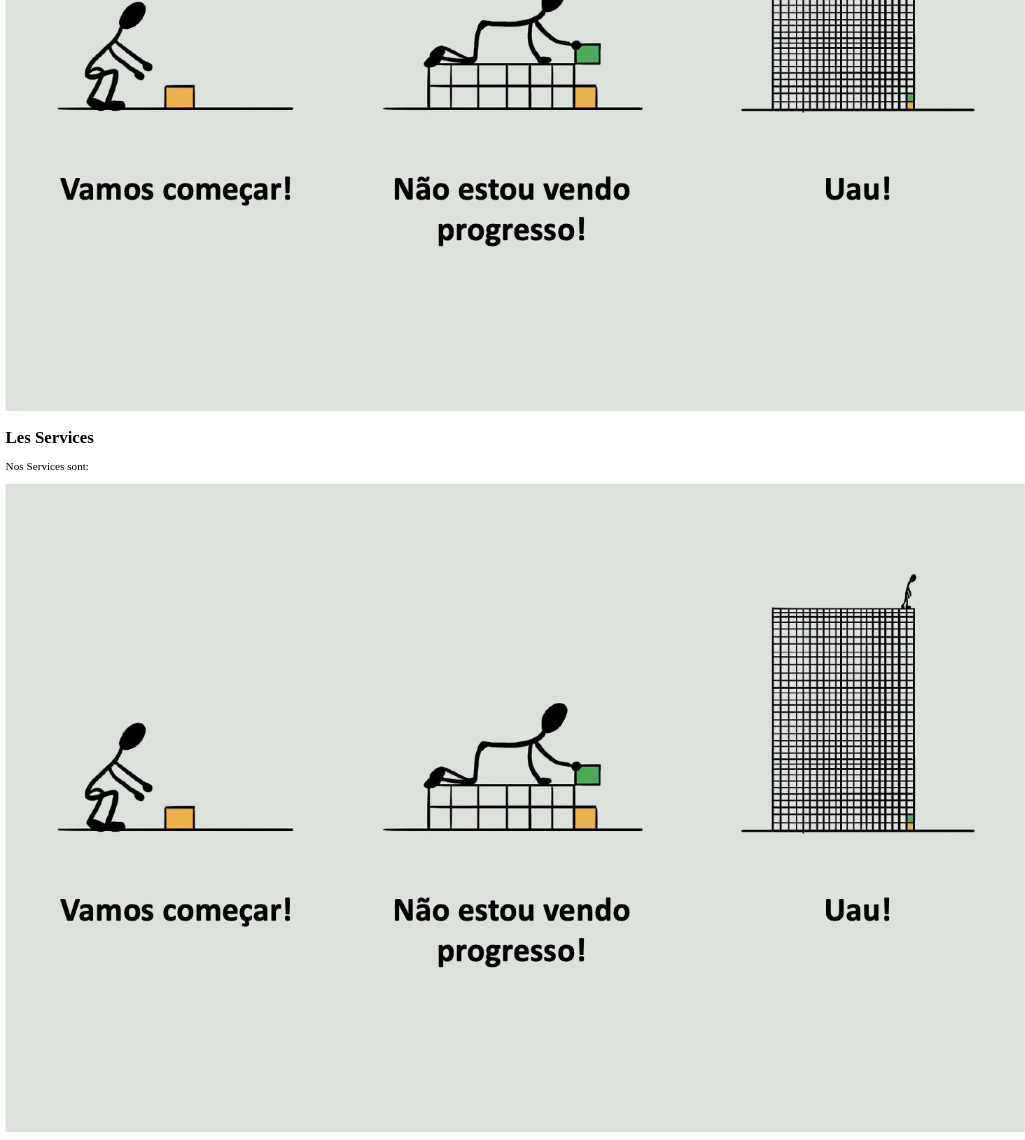
Repository: MarcioFreitasUFSC21/Proejct00
Page: ExampleSite/Assets/index2.html
These files come from the project's save history. The page is drawn as it stood at one moment and after the next save; the edit follows.
The browser window is 1280 px wide. The page is 1464 px wide, so the pictures cover 1464 px, including what lies to the right of the window. The pictures show the part of the page from y = 633 to 2313 px (the page is 2262 px tall before and 2313 px after), at 70% of full size.

Above is the page before, as saved 2023-03-18 17:40:35.

After the next save:
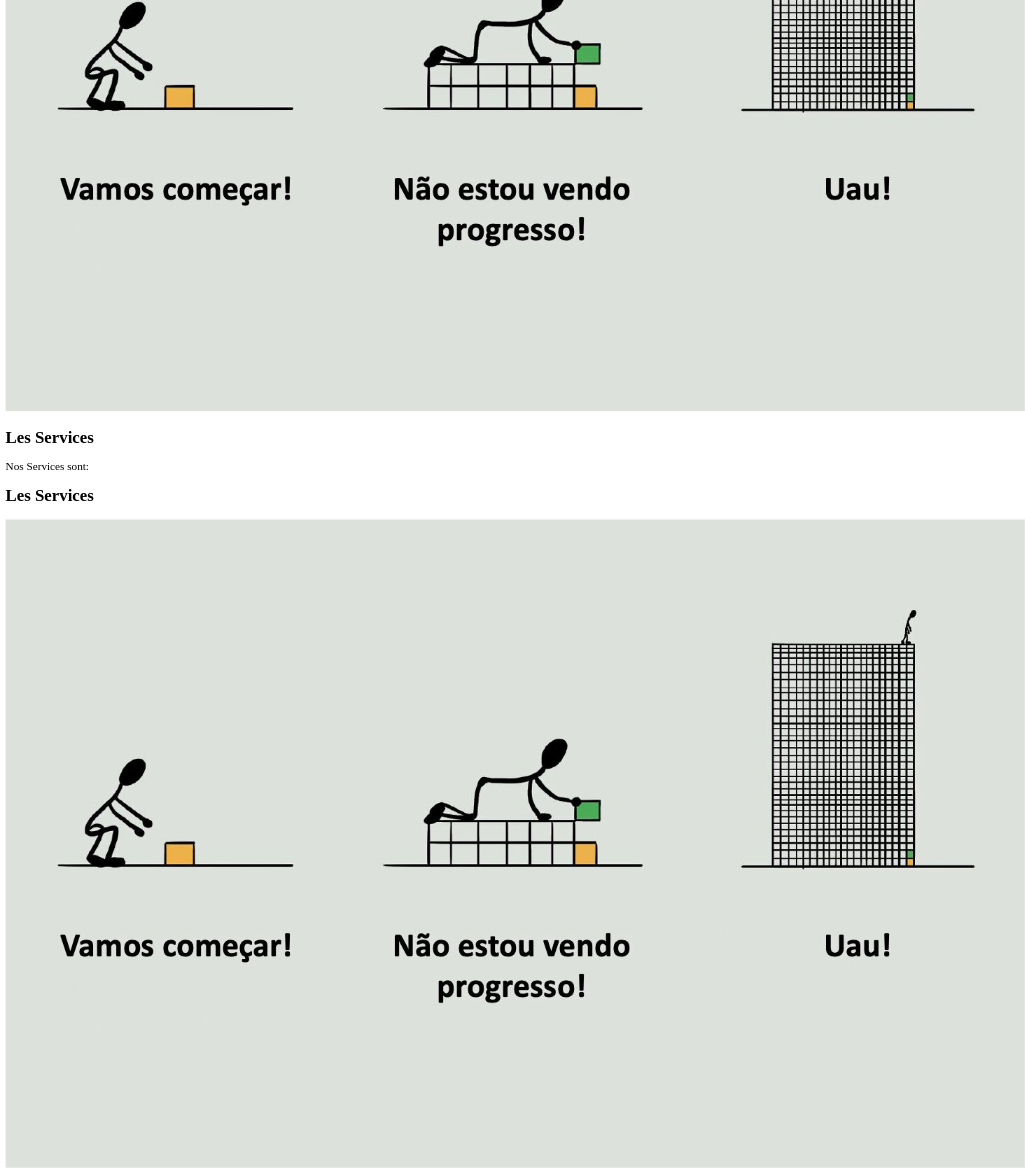
Saved 5 s later.
--- a/ExampleSite/Assets/index2.html
+++ b/ExampleSite/Assets/index2.html
@@ -37,7 +37,7 @@
         </div>
         <div>
             <article>
-
+                <h2>Les Services</h2>
             </article>
             <img src="Assets/img2/lesson.jpg">
         </div>
